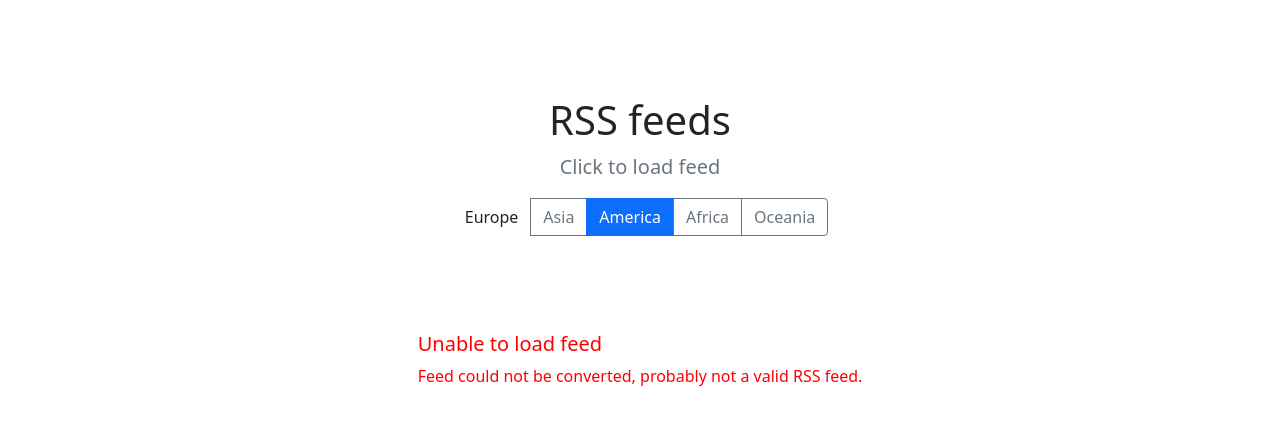
Repository: lilit1121/Templating-DOM-manipulation-and-data-processing
Page: americas.html
The author's editor kept a copy of each file at every save. The page is drawn from the files as they stood at one save, then again after the next save.
The browser window is 1280 px wide. The pictures show the whole page.
The page's requests for data from a server got no answer.

Above is the page before, as saved 2023-02-09 16:13:23.

After the next save:
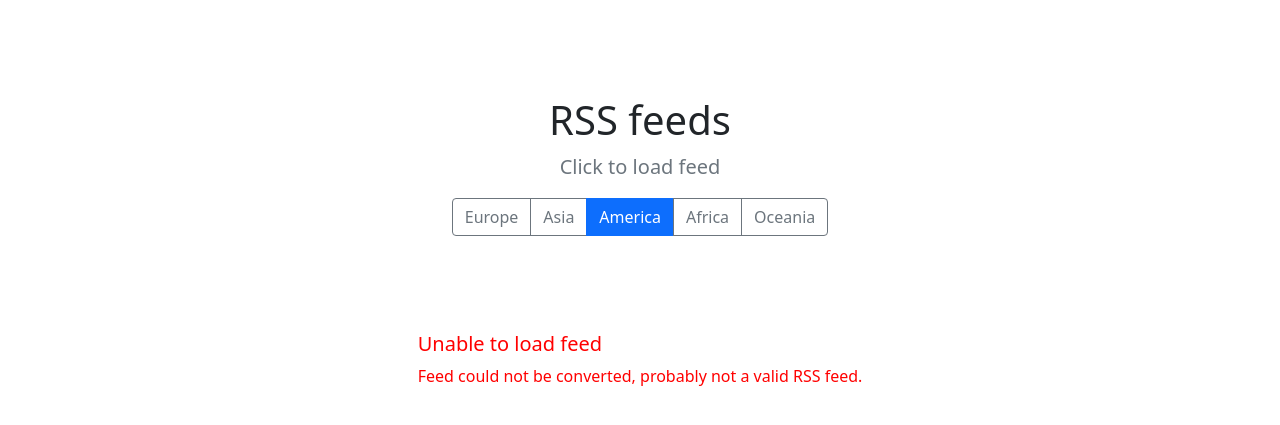
Saved 4 s later.
--- a/americas.html
+++ b/americas.html
@@ -25,7 +25,7 @@
           <h1 class="fw-light">RSS feeds</h1>
           <p class="lead text-muted">Click to load feed</p>
           <div class="btn-group">
-            <a href="./europe.html#" class="btn ">Europe</a>
+            <a href="./europe.html#" class="btn btn-outline-secondary">Europe</a>
             <a href="./asia.html#" class="btn btn-outline-secondary">Asia</a>
             <a href="./americas.html#" class="btn btn-primary"
               >America</a
